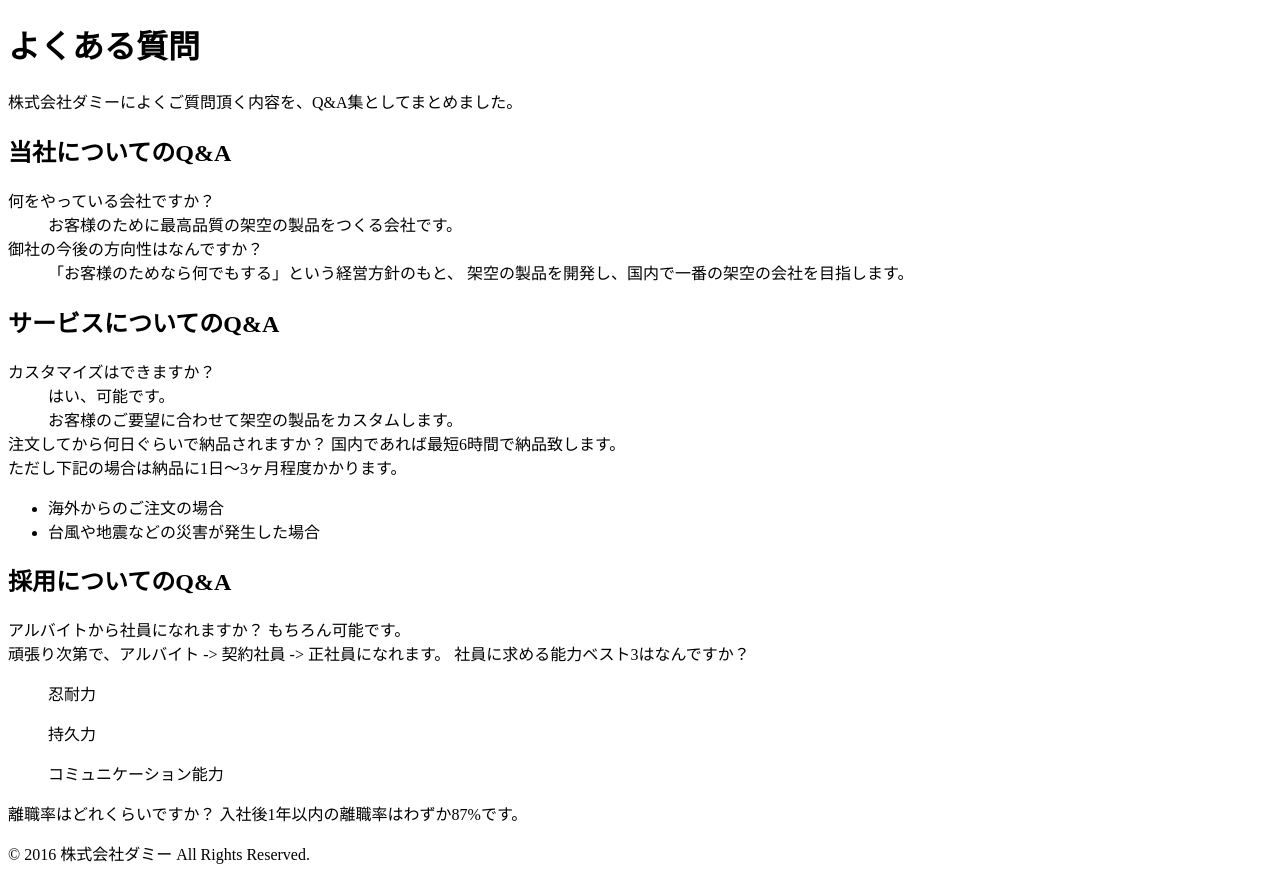
Repository: winc1980/practice-hp2022-wednesday
Page: ruka/practice1.html
These files come from the project's save history. The page is drawn as it stood at one moment and after the next save; the edit follows.
The browser window is 1280 px wide. The pictures show the whole page.

Above is the page before, as saved 2022-05-26 00:17:07.

### ruka/practice1.html
<!DOCTYPE html>
<html lang="ja">
<head>
    <meta charset="UTF-8">
    <meta http-equiv="X-UA-Compatible" content="IE=edge">
    <meta name="viewport" content="width=device-width, initial-scale=1.0">
    <title>よくある質問 | 架空の株式会社ダミー</title>
</head>
<body>
    <h1>よくある質問</h1>

<p>
株式会社ダミーによくご質問頂く内容を、Q&A集としてまとめました。
</p>

<h2>当社についてのQ&A</h2>


何をやっている会社ですか？
<dd>
お客様のために最高品質の架空の製品をつくる会社です。
</dd>

御社の今後の方向性はなんですか？
<dd>
「<span>お客様のためなら何でもする</span>」という経営方針のもと、
架空の製品を開発し、<span>国内で一番の架空の会社を目指します。</span>
</dd>


<h2>サービスについてのQ&A</h2>

カスタマイズはできますか？
<dd>
はい、可能です。<br>
お客様のご要望に合わせて架空の製品をカスタムします。
</dd>

注文してから何日ぐらいで納品されますか？
国内であれば最短6時間で納品致します。<br>
ただし下記の場合は納品に1日〜3ヶ月程度かかります。
<ul>
<li>
海外からのご注文の場合
</li>
<li>
台風や地震などの災害が発生した場合
</li>
</ul>
<h2>採用についてのQ&A</h2>

アルバイトから社員になれますか？

もちろん可能です。<br>
頑張り次第で、アルバイト -> 契約社員 -> 正社員になれます。
社員に求める能力ベスト3はなんですか？
<dd>
<dl>忍耐力</dl>
<dl>持久力</dl>
<dl>コミュニケーション能力</dl>
</dd>


離職率はどれくらいですか？
入社後1年以内の離職率は<span>わずか</span>87%です。
<p>
© 2016 株式会社ダミー All Rights Reserved.
</p>
</body>
</html>

After the next save:
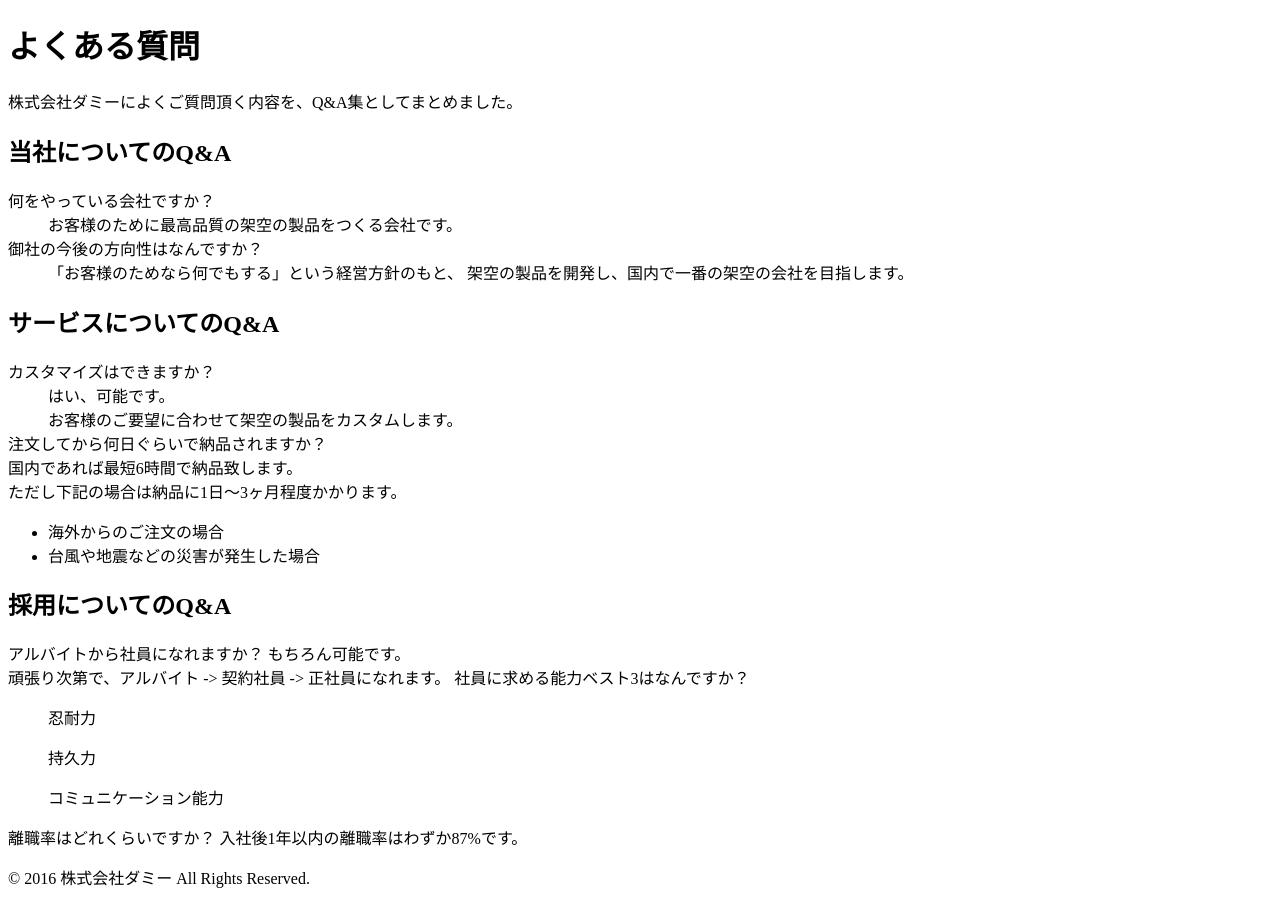
Saved 4 s later.
--- a/ruka/practice1.html
+++ b/ruka/practice1.html
@@ -37,6 +37,7 @@
 </dd>
 
 注文してから何日ぐらいで納品されますか？
+<dd></dd>
 国内であれば最短6時間で納品致します。<br>
 ただし下記の場合は納品に1日〜3ヶ月程度かかります。
 <ul>
